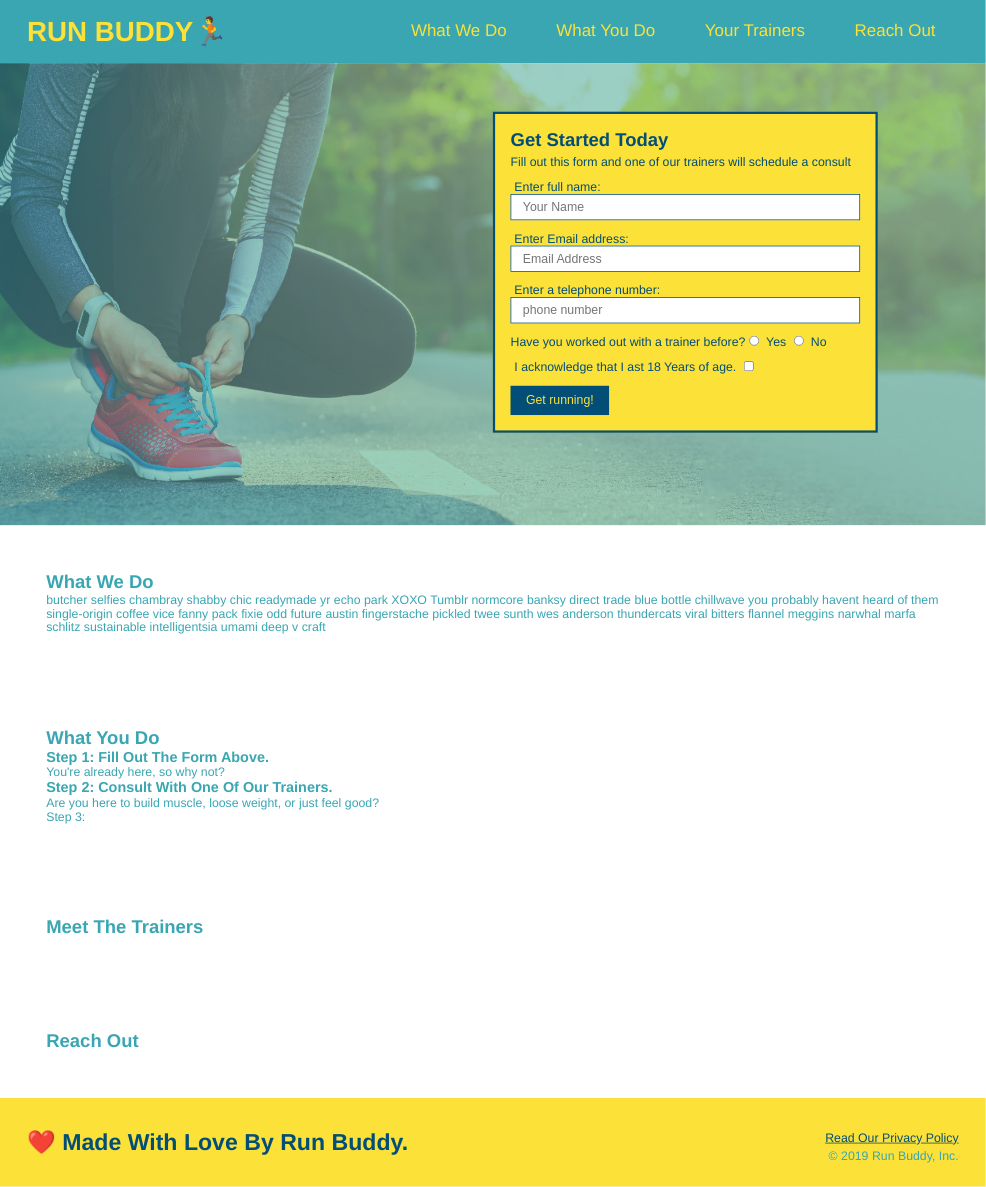
Repository: pilar122/run-buddy
Page: index.html
An editor plug-in stored every save of this project. The page is shown before and after a run of saves, followed by the edit.
The browser window is 1280 px wide. The pictures show the whole page, at 77% of full size.

Above is the page before, as saved 2023-01-22 07:49:56.

### index.html
<!DOCTYPE html>
<html lang="en">
    <head>
        <meta charset="UTF-8"/>
        <title>Run Buddy</title>
        <link rel="stylesheet" href="./assets/css/style.css" />
    </head>
    <body>
        <!-- navigation -->
        <header>
            <h1>
                <a href="/"> RUN BUDDY🏃</a>
            </h1>
            <nav>
                <ul><!--Unordered list element-->
                    <li> <!--List item element-->
                        <a href="#what-we-do">What We Do</a> <!--Anchor Element-->
                    </li>
                    <li>
                        <a href="#what-you-do">What You Do</a>
                    </li>
                    <li>
                        <a href="#your-trainers">Your Trainers</a>
                    </li>
                    <li>
                        <a href="#reach-out">Reach Out</a>
                    </li>
                </ul>
            </nav>
        </header>

        <!--hero/jumbotron-->
        <section class="hero">
            <div class="hero-form">
                <h3>Get Started Today</h3>
                <p>Fill out this form and one of our trainers will schedule a consult</p>
                <!--form element-->
                <form>
                    <!--form input-->
                    <label for="name">Enter full name:</label>
                    <input type="text" placeholder="Your Name" name="name" id="name" class="form-input" />

                    <label for="email">Enter Email address:</label>
                    <input type="email" placeholder="Email Address" name="email" id="email" class="form-input" />

                    <label for="phone">Enter a telephone number:</label>
                    <input type="tel" placeholder="phone number" name="phone" id="phone" class="form-input" />
                    <!--button for selection-->
                    <p>
                        Have you worked out with a trainer before?
                        <input type="radio" name="trainer-confirm" id="trainer-yes"/>
                        <label for="trainer-yes">Yes</label>
                        <input type="radio" name="trainer-confirm" id="trainer-no"/>
                        <label for="trainer-no">No</label>
                    </p>
                    <p>
                        <label for="checkbox">
                        I acknowledge that I ast 18 Years of age.
                        </label>
                        <input type="checkbox" name="age-confirm" id="checkbox"/>
                    </p>
                    <!--the submit button-->
                    <button type="submit">
                        Get running!
                    </button>
                </form>
            </div>
        </section>
        <!--end hero-->

        <!--"what we do" section-->
        <section>
            <h2>What We Do</h2>
            <p>
                butcher selfies chambray shabby chic readymade yr echo park XOXO Tumblr normcore banksy direct trade blue bottle chillwave you probably havent heard of them single-origin coffee vice fanny pack fixie odd future austin fingerstache pickled twee sunth wes anderson thundercats viral bitters flannel meggins narwhal marfa schlitz sustainable intelligentsia umami deep v craft
            </p>
        </section>

        <!--"What You Do" section-->
        <section>
            <h2>What You Do</h2>

            <div>
                <h3>Step 1: Fill Out The Form Above.</h3>
                <p>You're already here, so why not?</p>
            </div>

            <div>
                <h3>Step 2: Consult With One Of Our Trainers.</h3>
                <p>Are you here to build muscle, loose weight, or just feel good?</p>
            </div>

            <div>Step 3:</div>
        </section>

        <!--"Meet The Trainers" section-->
        <section>
            <h2>Meet The Trainers</h2>
        </section>

        <!--"Reach Out" section-->
        <section>
            <h2>Reach Out</h2>
        </section>

        <!--Footer-->
        <footer>
            <h2>❤️ Made With Love By Run Buddy.</h2>
            <div>
                <a href="#">Read Our Privacy Policy</a><br />
                &copy; 2019 Run Buddy, Inc.
            </div>
        </footer>
    </body>
</html>

### assets/css/style.css
/*This is to remove the default browser enforced styled*/
* {
    margin: 0;
    padding: 0;
    box-sizing: border-box;
}

body {
    /*This changes the elements in the body*/
    color: #39a6b2;
    font-family: Helvetica, Arial, sans-serif;
}

/*Applying style to the header*/
header {
    padding: 20px 35px;
    background-color: #39a6b2;
}

header h1 {
    font-weight: bold;
    font-size: 36px;
    color: #fce138;
    margin: 0;
    display: inline; /*This moved the nav on the right hand side up*/
}

header a {
    text-decoration: none;
    color: #fce138;
}

header nav {
    float: right;
    margin: 7px 0;
}

header nav ul li {
    display: inline; /*horizontally in a row*/
}

header nav ul li a {
    margin: 0 30px;
    font-weight: lighter;
    font-size: 22px;
}

footer {
    background: #fce138;
    width: 100%;
    padding: 40px 35px;
}

footer h2 {
    display: inline;
    color: #024e76;
    font-size: 30px;
    margin: 0;
}

footer div {
    float: right;
    line-height: 1.5;
    text-align: right;
}

footer a {
    color: #024e76;
}

section {
    padding: 60px;
}
/*Hero style start*/
.hero {
    background-image: url("../images/hero-bg.jpeg");
    height: 600px;
    background-size: cover;
    background-position: center;
    position: relative;
}


.hero-form {
    border: 3px solid #024e76;
    background-color: #fce138;
    padding: 20px;
    width: 500px;
    color: #024e76;
    position: absolute;
    bottom: 120px;
    right: 140px;
}

.hero-form h3 {
    font-size: 24px;
    margin: 0;
}

.hero-form p {
    margin: 5px 0 15px 0;
}

.form-input {
    border: 1px solid #024e76;
    display: block;
    padding: 7px 15px;
    font-size: 16px;
    color: #024e76;
    width: 100%;
    margin-bottom: 15px;
}

.hero-form label {
    margin: 0 5px;
}

.hero-form button {
    color: #fce138;
    background-color: #024e76;
    border:none;
    padding: 10px 20px;
    font-size: 16px;
}

/*hero style end*/

After the next 4 saves:
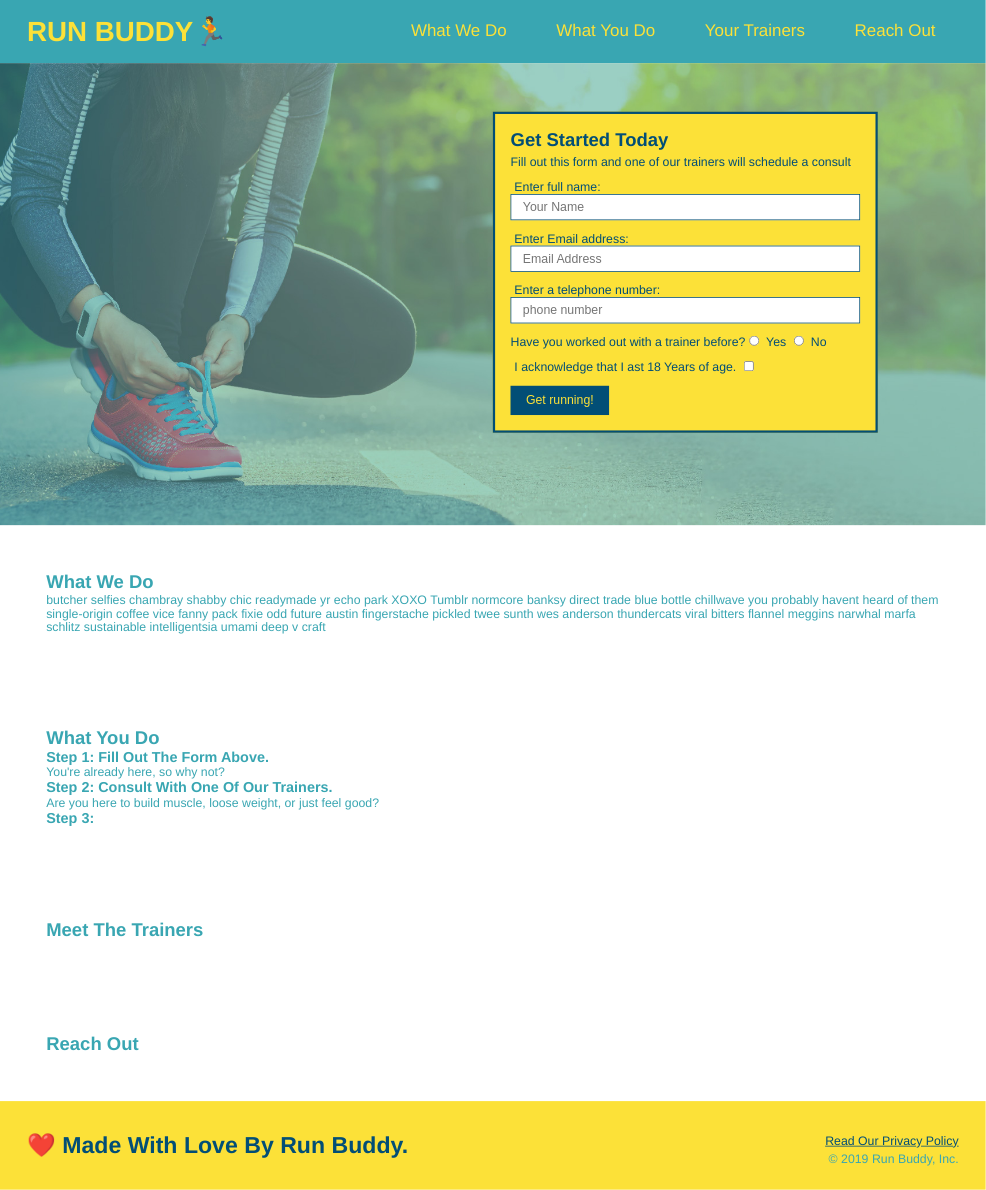
The 4 saves are shown as one change because they came seconds apart.
The last was saved 11 s later.
--- a/index.html
+++ b/index.html
@@ -90,7 +90,9 @@
                 <p>Are you here to build muscle, loose weight, or just feel good?</p>
             </div>
 
-            <div>Step 3:</div>
+            <div>
+                <h3>Step 3: </h3>
+            </div>
         </section>
 
         <!--"Meet The Trainers" section-->
